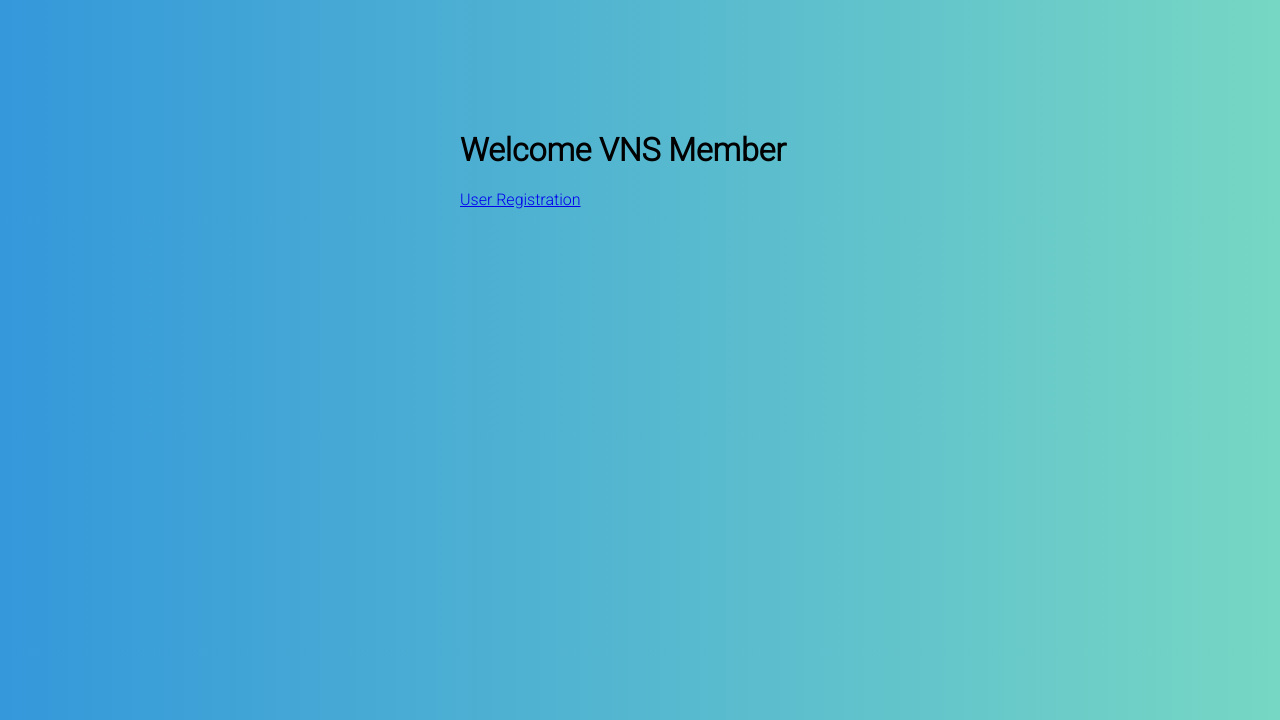
Repository: ViniciusBeletella/project-jsp
Page: http://localhost/project-jsp/member.jsp
An editor plug-in stored every save of this project. The page is shown before and after the next save, followed by the edit.
The browser window is 1280 px wide. The pictures show the whole page.
The page is served by Tomcat 9. Other server files are loaded and not shown.

Above is the page before, as saved 2019-12-30 09:32:04.

### project-jsp/WebContent/member.jsp
<%@ page language="java" contentType="text/html; charset=UTF-8"
    pageEncoding="UTF-8"%>
<!DOCTYPE html>
<html>
<head>
<meta charset="UTF-8">
<title> Welcome - Access OK</title>
<link rel="stylesheet" href="resources/css/style.css">
</head>
<body>
<div class="login-page">
<h1>Welcome VNS Member </h1>

	<a href="userRegistration.jsp"> User Registration</a>
</div>
</body>
</html>

### project-jsp/WebContent/resources/css/style.css
@charset "UTF-8";
@import url(https://fonts.googleapis.com/css?family=Roboto:300);

.login-page {
  width: 360px;
  padding: 8% 0 0;
  margin: auto;
}
.form {
  position: relative;
  z-index: 1;
  background: #FFFFFF;
  max-width: 360px;
  margin: 0 auto 100px;
  padding: 45px;
  text-align: center;
  box-shadow: 0 0 20px 0 rgba(0, 0, 0, 0.2), 0 5px 5px 0 rgba(0, 0, 0, 0.24);
}
.form input {
  font-family: "Roboto", sans-serif;
  outline: 0;
  background: #f2f2f2;
  width: 100%;
  border: 0;
  margin: 0 0 15px;
  padding: 15px;
  box-sizing: border-box;
  font-size: 14px;
}
.form button {
  font-family: "Roboto", sans-serif;
  text-transform: uppercase;
  outline: 0;
  background: #A3E4D7;
  width: 100%;
  border: 0;
  padding: 15px;
  color: #FFFFFF;
  font-size: 14px;
  -webkit-transition: all 0.3 ease;
  transition: all 0.3 ease;
  cursor: pointer;
}
.form button:hover,.form button:active,.form button:focus {
  background: #3498DB;
}
.form .message {
  margin: 15px 0 0;
  color: #b3b3b3;
  font-size: 12px;
}
.form .message a {
  color: #4CAF50;
  text-decoration: none;
}
.form .register-form {
  display: none;
}
.container {
  position: relative;
  z-index: 1;
  max-width: 300px;
  margin: 0 auto;
}
.container:before, .container:after {
  content: "";
  display: block;
  clear: both;
}
.container .info {
  margin: 50px auto;
  text-align: center;
}
.container .info h1 {
  margin: 0 0 15px;
  padding: 0;
  font-size: 36px;
  font-weight: 300;
  color: #1a1a1a;
}
.container .info span {
  color: #4d4d4d;
  font-size: 12px;
}
.container .info span a {
  color: #000000;
  text-decoration: none;
}
.container .info span .fa {
  color: #EF3B3A;
}
body {
  background: #3498DB; /* fallback for old browsers */
  background: -webkit-linear-gradient(right, #76D7C4, #3498DB );
  background: -moz-linear-gradient(right, #76D7C4, #3498DB );
  background: -o-linear-gradient(right, #76D7C4, #3498DB );
  background: linear-gradient(to left, #76D7C4, #3498DB );
  font-family: "Roboto", sans-serif;
  -webkit-font-smoothing: antialiased;
  -moz-osx-font-smoothing: grayscale;
}

After the next save:
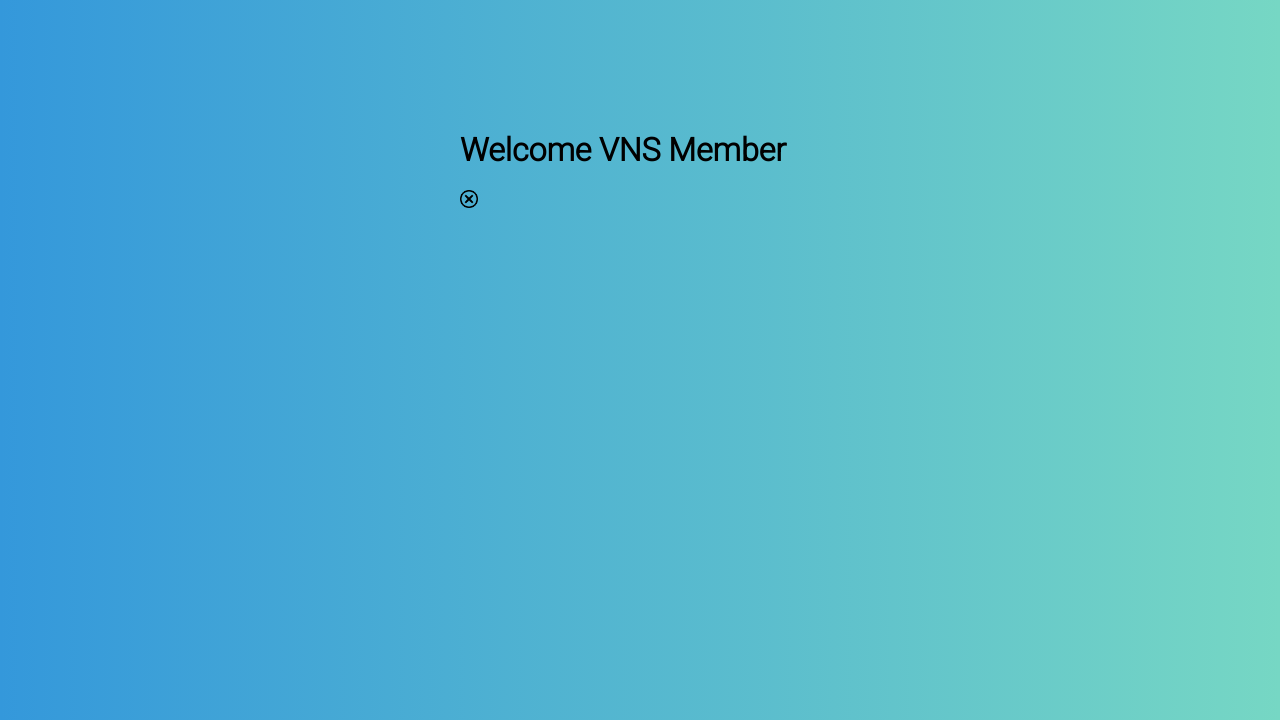
Saved 85 s later.
--- a/project-jsp/WebContent/member.jsp
+++ b/project-jsp/WebContent/member.jsp
@@ -11,7 +11,7 @@
 <div class="login-page">
 <h1>Welcome VNS Member </h1>
 
-	<a href="userRegistration.jsp"> User Registration</a>
+	<a href="userRegistration.jsp"><img src="resources/img/delete.png" title="Delete" width="18px" height="18px"></a>
 </div>
 </body>
 </html>
